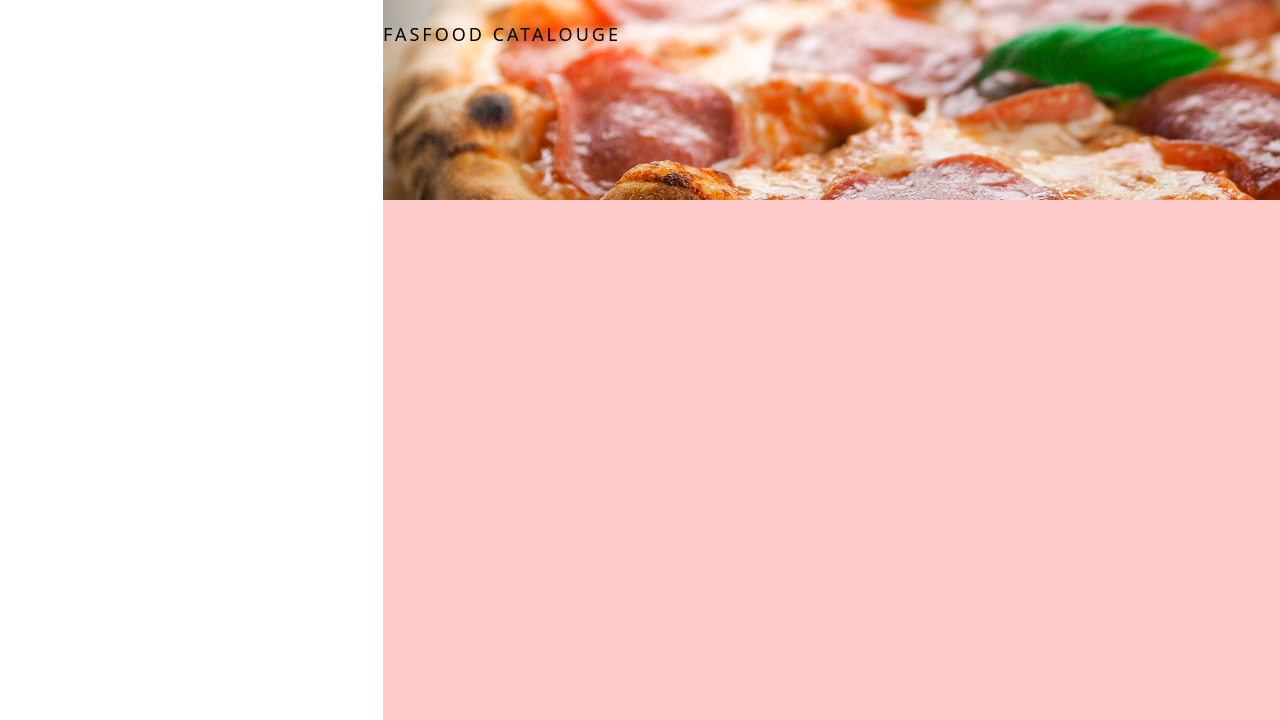
Repository: zahranaserii/FastFoodProject
Page: /
The author's editor kept a copy of each file at every save. The page is drawn from the files as they stood at one save, then again after the next save.
The browser window is 1280 px wide. The pictures show the whole page.
The project was rebuilt for these pictures with package versions that can differ from the ones it lists, and the page was loaded fresh each time.

Above is the page before, as saved 2023-11-17 11:21:35.

After the next save:
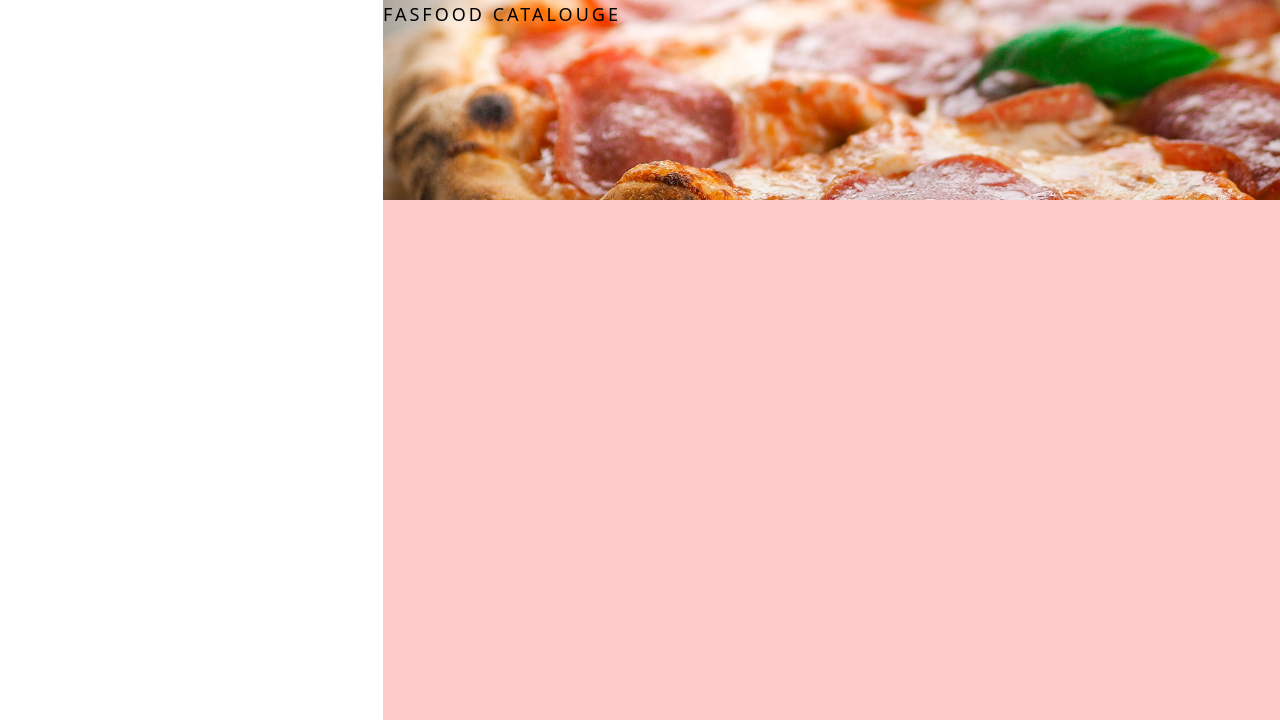
Saved 4 s later.
--- a/src/Header/Header.jsx
+++ b/src/Header/Header.jsx
@@ -3,7 +3,7 @@ import "./header.css";
 const Header = () => {
   return (
     <header className="bg-cover bg-center">
-      <div className="container pt-5">
+      <div className="container ">
         <h1 className="text-black text-lg text-end uppercase">
           fasfood catalouge
         </h1>
